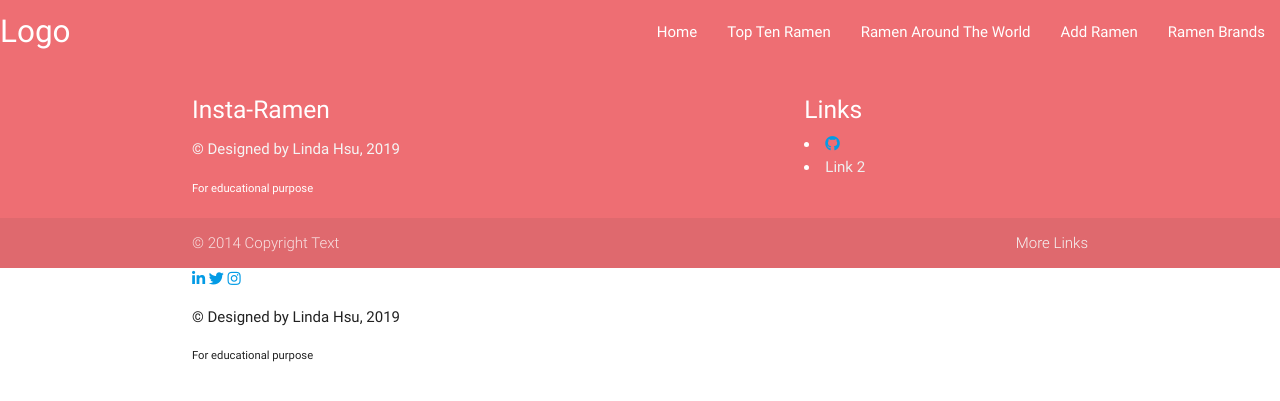
Repository: Paddlepop25/codeinstitute-insta-ramen
Page: http://localhost/
The author's editor kept a record of every edit. The page is drawn from the files as they stood at one moment, then again after the next edit.
The browser window is 1280 px wide. The pictures show the whole page.
Some web libraries are served in a nearby version. The page is served by the project's application, run on Flask 3 (app.py).

Above is the page before.

After the next edit:
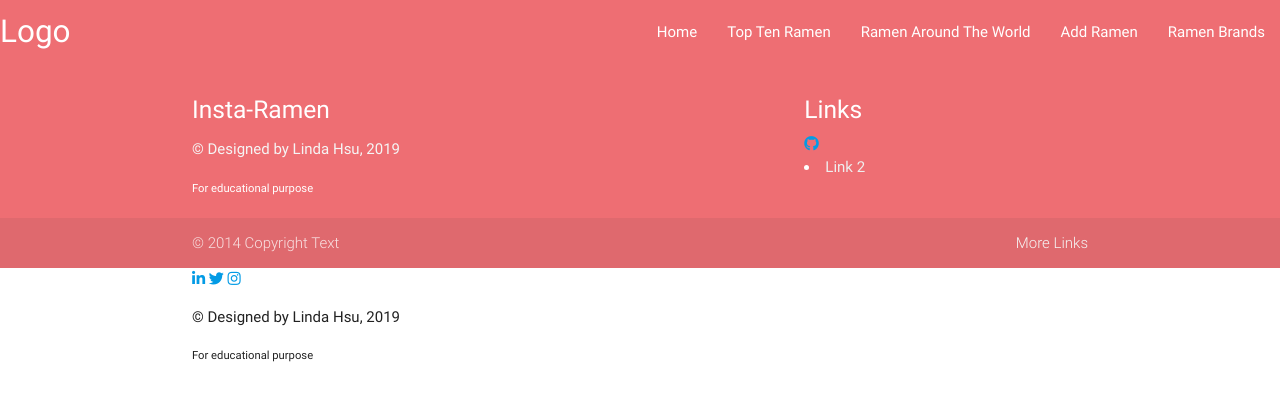
The edit:
--- a/templates/index.html
+++ b/templates/index.html
@@ -38,7 +38,7 @@
               <div class="col l4 offset-l2 s12">
                 <h5 class="white-text">Links</h5>
 
-                  <li><a href="https://github.com/Paddlepop25" target="_blank"><i class="fab fa-github"></i></a></li>
+                  <a href="https://github.com/Paddlepop25" target="_blank"><i class="fab fa-github"></i></a>
                   <li><a class="grey-text text-lighten-3" href="#!">Link 2</a></li>
 
 
